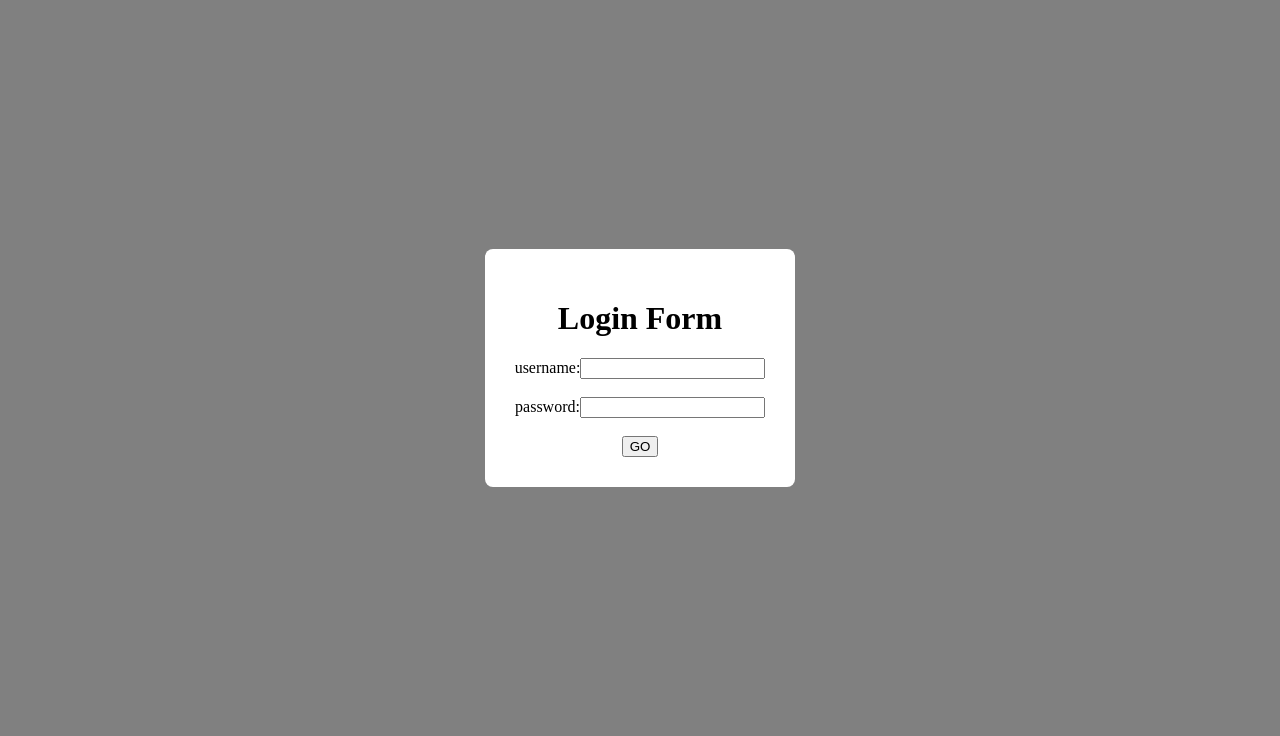
Repository: VIJAYkollu-7568/rakhi
Page: jsp/src/main/webapp/login.html
The author's editor kept a copy of each file at every save. The page is drawn from the files as they stood at one save, then again after the next save.
The browser window is 1280 px wide. The pictures show the whole page.

Above is the page before, as saved 2024-11-07 09:21:02.

### jsp/src/main/webapp/login.html
<!DOCTYPE html>
<html>
<head>
<meta charset="UTF-8">
<title>login</title>
</head>
<style>

body{
display: flex;
background-color:grey;
min-height: 100vh;
justify-content:center;
align-items: center;

}
form{
background-color:white;
align-items: center;
border-radius:8px;
padding:30px;
text-align:center;

}
</style>
<body>

<form  action="login.jsp">
<h1>Login Form</h1>
username:<input type ="text" name="username" required><br><br>
password:<input type="password" name="password" required><br><br>
<button type="submit">GO</button>
</form>
</body>
</html>

After the next save:
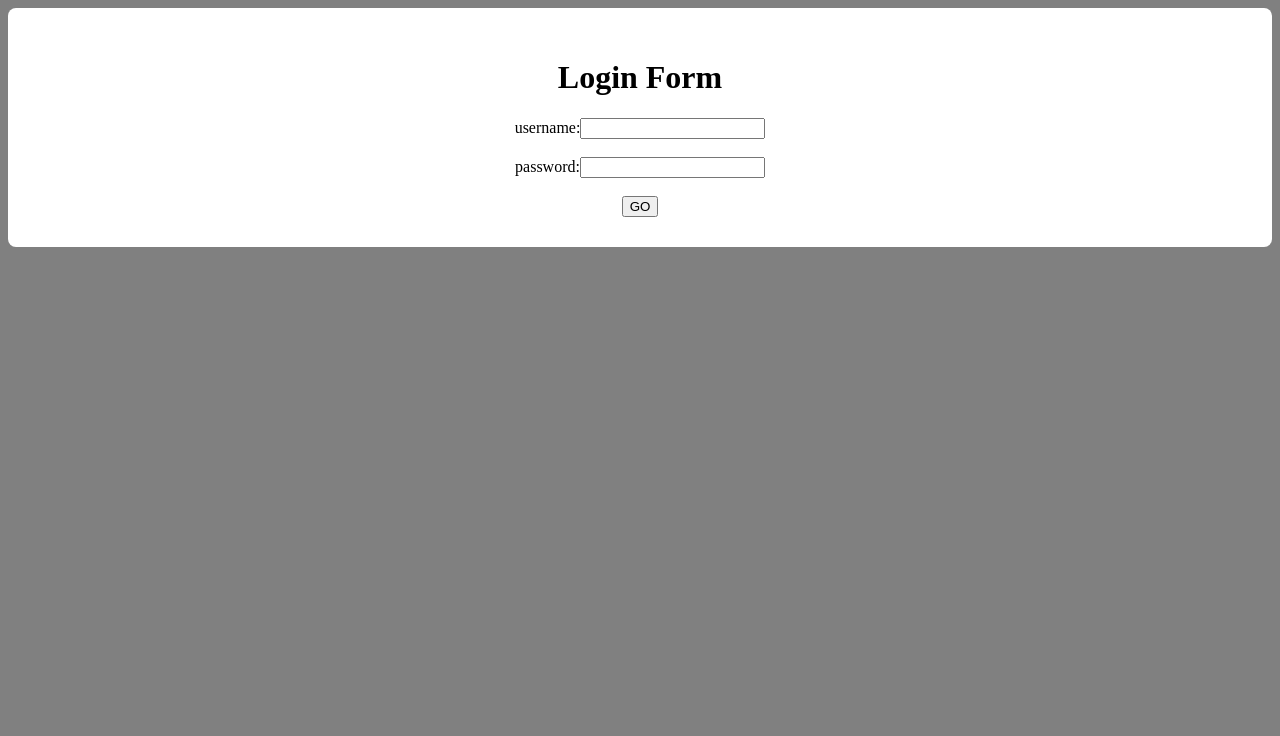
Saved 14 s later.
--- a/jsp/src/main/webapp/login.html
+++ b/jsp/src/main/webapp/login.html
@@ -7,7 +7,7 @@
 <style>
 
 body{
-display: flex;
+
 background-color:grey;
 min-height: 100vh;
 justify-content:center;

After the save that followed:
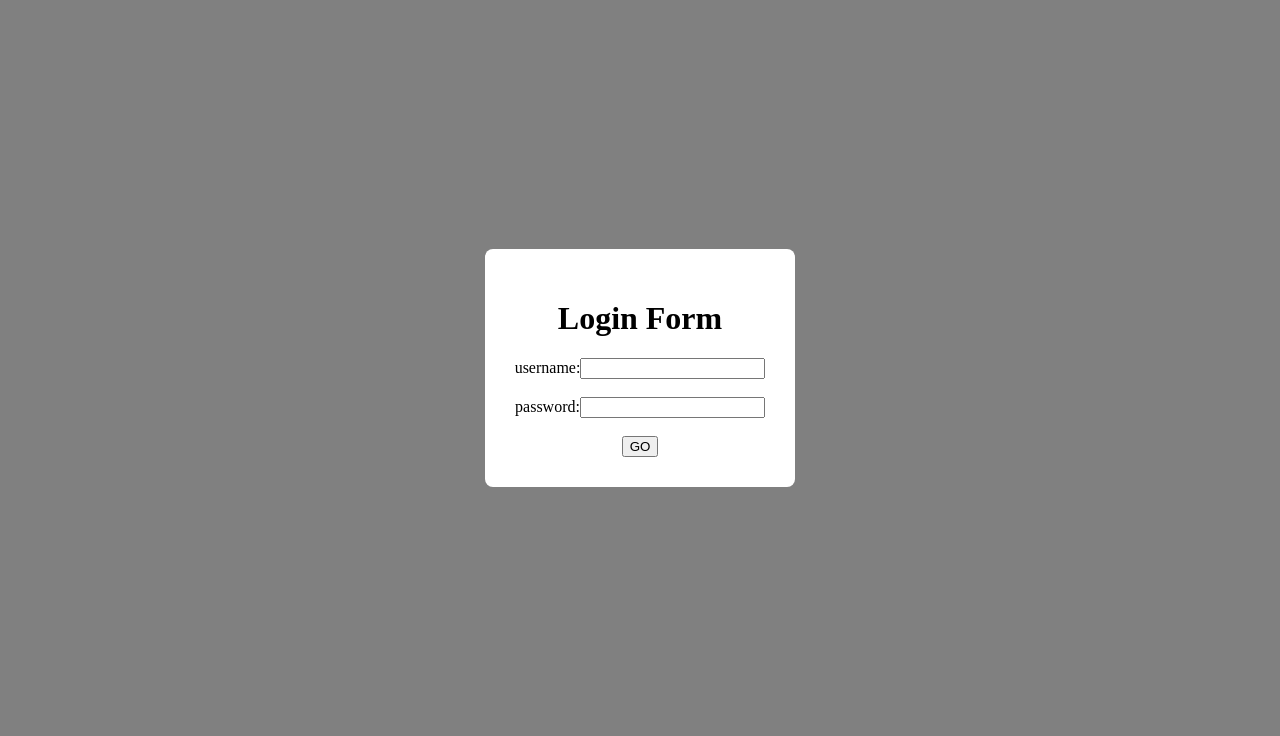
Saved 5 s later.
--- a/jsp/src/main/webapp/login.html
+++ b/jsp/src/main/webapp/login.html
@@ -7,7 +7,7 @@
 <style>
 
 body{
-
+display: flex;
 background-color:grey;
 min-height: 100vh;
 justify-content:center;
